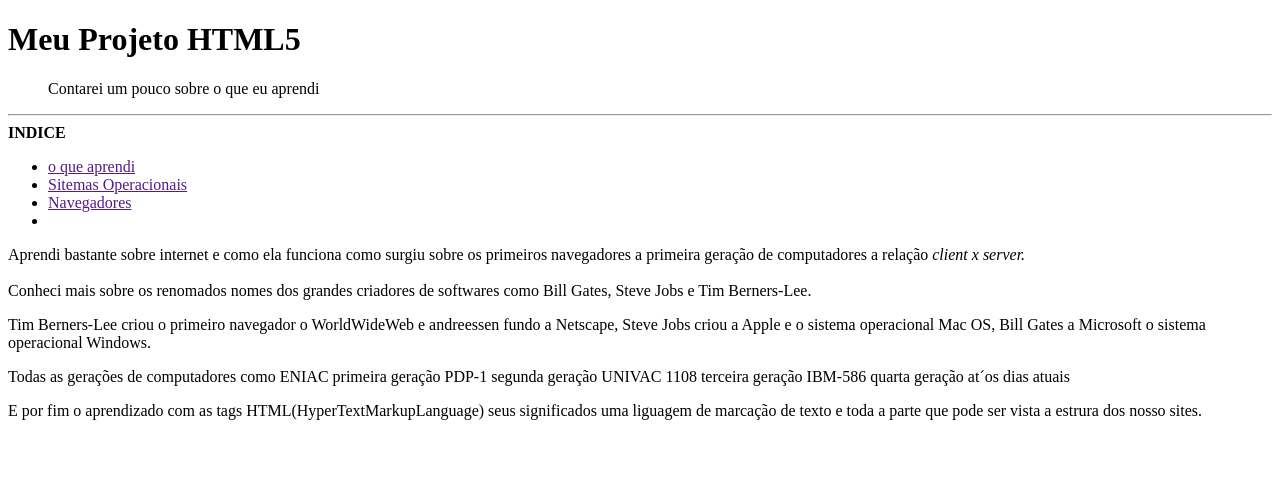
Repository: gustavotwist/meu-html
Page: index.html
The author's editor kept a copy of each file at every save. The page is drawn from the files as they stood at one save, then again after the next save.
The browser window is 1280 px wide. The pictures show the whole page.

Above is the page before, as saved 2024-04-24 22:29:43.

### index.html
<!DOCTYPE html>
<html lang="pt-br">
<head>
    <meta charset="UTF-8">
    <meta name="viewport" content="width=device-width, initial-scale=1.0">
    <title>Projeto HTML</title>
</head>
<body>
    <h1>Meu Projeto HTML5</h1>
    <blockquote>Contarei um pouco sobre o que eu aprendi</blockquote><hr>
    <strong>INDICE</strong>
    <ul>
        <li><a href="">o que aprendi</a></li>
        <li><a href=""<li>Sitemas Operacionais</li><li>Navegadores</li></a></li>
        <li></li>
    </ul>

    <p>Aprendi bastante sobre internet e como ela funciona como surgiu sobre os primeiros navegadores a primeira geração de computadores a relação <i>client x server.</i><br><br> Conheci mais sobre os renomados nomes dos grandes criadores de softwares como Bill Gates, Steve Jobs e Tim Berners-Lee.</p>
    <p>Tim Berners-Lee criou o primeiro navegador o WorldWideWeb e andreessen fundo a Netscape, Steve Jobs criou a Apple e o sistema operacional Mac OS, Bill Gates a Microsoft o sistema operacional Windows.</p>
    <p>Todas as gerações de computadores como ENIAC primeira geração PDP-1 segunda geração UNIVAC 1108 terceira geração IBM-586 quarta geração at´os dias atuais</p>
    <p>E por fim o aprendizado com as tags HTML(HyperTextMarkupLanguage) seus significados uma liguagem de marcação de texto e toda a parte que pode ser vista a estrura dos nosso sites.</p>


</body>
</html>

After the next save:
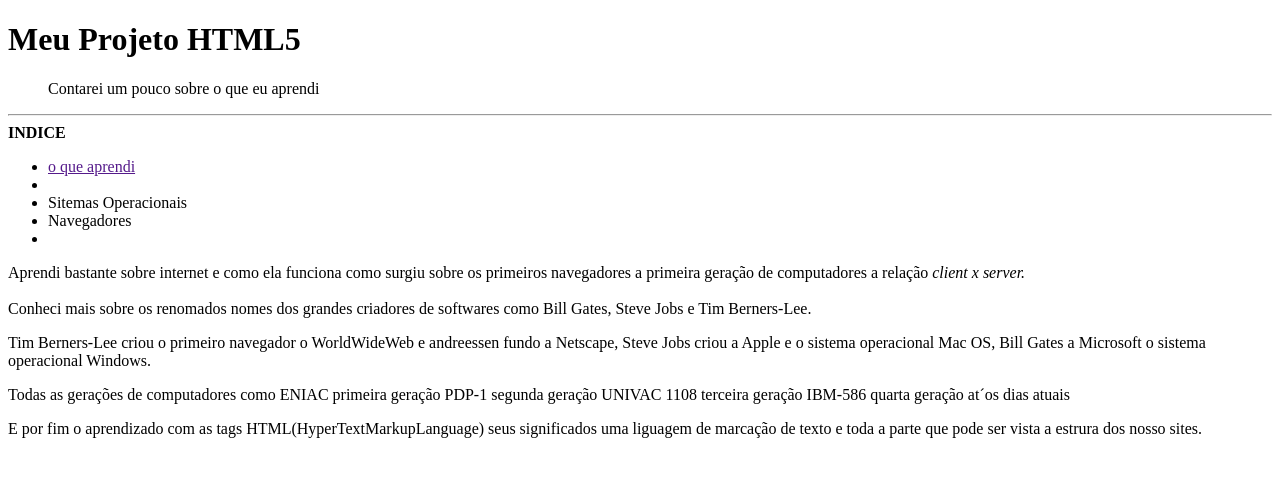
Saved 29 s later.
--- a/index.html
+++ b/index.html
@@ -11,7 +11,7 @@
     <strong>INDICE</strong>
     <ul>
         <li><a href="">o que aprendi</a></li>
-        <li><a href=""<li>Sitemas Operacionais</li><li>Navegadores</li></a></li>
+        <li><a href=""></a><li>Sitemas Operacionais</li><li>Navegadores</li></a></li>
         <li></li>
     </ul>
 
